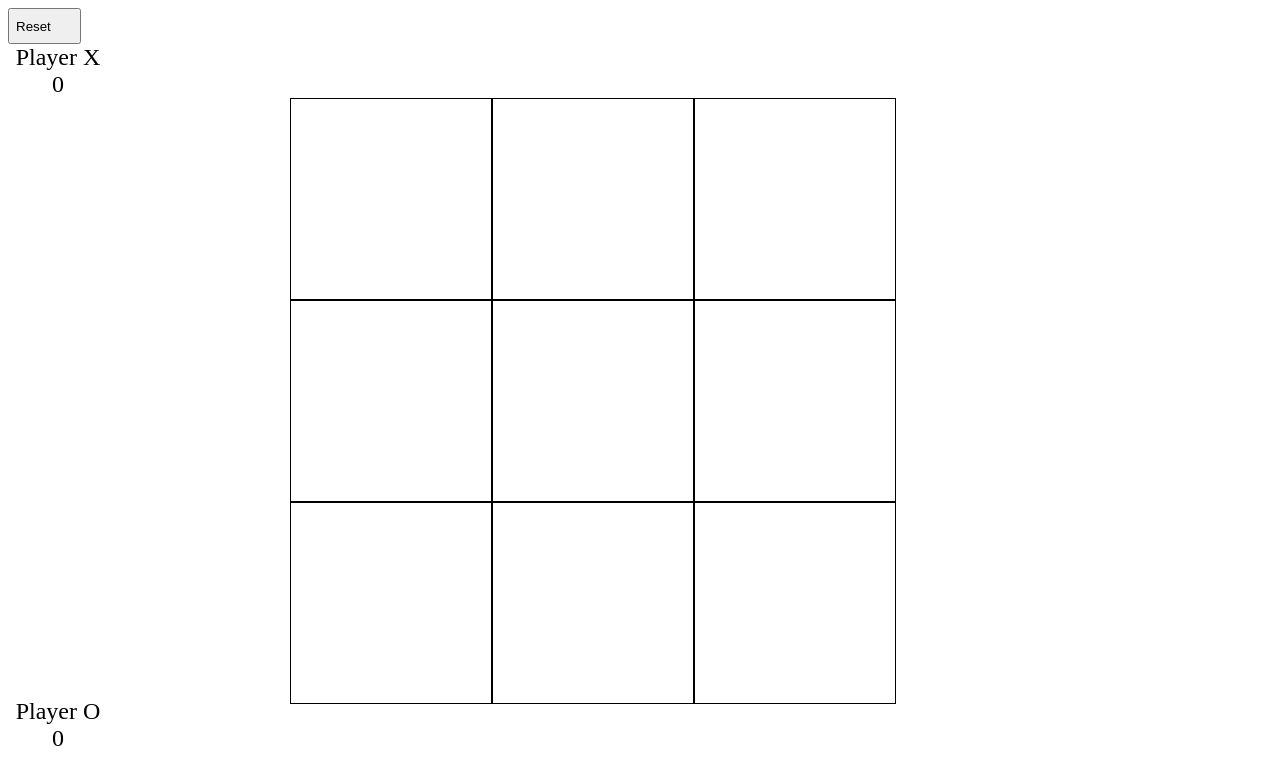
Repository: woodsdeshe/Tic-Tac-Toe
Page: index.html
The author's editor kept a copy of each file at every save. The page is drawn from the files as they stood at one save, then again after the next save.
The browser window is 1280 px wide. The pictures show the whole page.

Above is the page before, as saved 2023-03-29 14:41:32.

### index.html
<!DOCTYPE html>
<html lang="en">
<head>
    <meta charset="UTF-8">
    <meta http-equiv="X-UA-Compatible" content="IE=edge">
    <meta name="viewport" content="width=device-width, initial-scale=1.0">
    <title>Tic Tac Toe | DeShe Woods</title>
    <link rel="stylesheet" href="styles.css">
</head>
<body>
    <div class="container">
        <div class="reset">
            <button class="reset-btn">Reset</button>
         </div>
        <div class="message"></div>
        <div class="scoreboard">
            <div>Player X</div>
            <div class="score-x">0</div>
          </div>
        <div class="game-board">
        <div class="tile square-1"></div>
        <div class="tile square-2"></div>
        <div class="tile square-3"></div>
        <div class="tile square-4"></div>
        <div class="tile square-5"></div>
        <div class="tile square-6"></div>
        <div class="tile square-7"></div>
        <div class="tile square-8"></div>
        <div class="tile square-9"></div>
    </div>
    <div class="scoreboard">
        <div>Player O</div>
        <div class="score-o">0</div>
      </div>
</div>
    <script src="script.js"></script>
</body>
</html>

### styles.css
.game-board {
    display: flex;
    flex-wrap: wrap;
    width: 700px;
    height: 600px;
    margin: 0 auto;
}

.tile {
    width: 200px;
    height: 200px;
    border: 1px solid black;
    font-size: 72px;
    text-align: center;
    line-height: 100px;
}

.reset-btn {
    display: flex;
    justify-content: space-between;
    align-items: center;
    height: 36px;
    width: 73px;
    text-align: center;
}

.scoreboard {
    display: flex;
    flex-direction: column;
    justify-content: center;
    align-items: center;
    width: 100px;
    height: 100%;
    font-size: 24px;
  }

### script.js
// Variables that access the squares, reset button, scoreboards , and messaging for the game that will stay constant
const gameBoard = document.querySelector(".game-board");
const resetBtn = document.querySelector(".reset-btn");
const scoreboardX = document.querySelector('.score-x')
const scoreboardO = document.querySelector('.score-o')
const message = document.querySelector('.message')

// Variables that access the current player, game over, X and O scores that will change based on conditions of the game
let currentPlayer = 'X'
let gameOver = false
let xScore = 0
let oScore = 0

// Winning combos array that will be used to tell the computer what positions the players need to have in order to win
const winningCombos = [    ['square-1', 'square-2', 'square-3'],
['square-4', 'square-5', 'square-6'],
['square-7', 'square-8', 'square-9'],
['square-1', 'square-4', 'square-7'],
['square-2', 'square-5', 'square-8'],
['square-3', 'square-6', 'square-9'],
['square-1', 'square-5', 'square-9'],
['square-3', 'square-5', 'square-7'],
];

// This event listener will check to see if the tiles are empty and will fill them with the symbol of the current player

gameBoard.addEventListener("click", event => {
    event.preventDefault();

    // This variable will hold the square that gets clicked using the .target property
    const square = event.target

    // Checks to see if the square contains a class of tile and the square is empty. If it's empty then the square will contain a symbol and alternate the symbol according to the current player
    if(square.classList.contains('tile') && square.textContent === '') {
        square.textContent = currentPlayer;
        currentPlayer = currentPlayer === 'X' ? 'O' : 'X';
    }
});

After the next save:
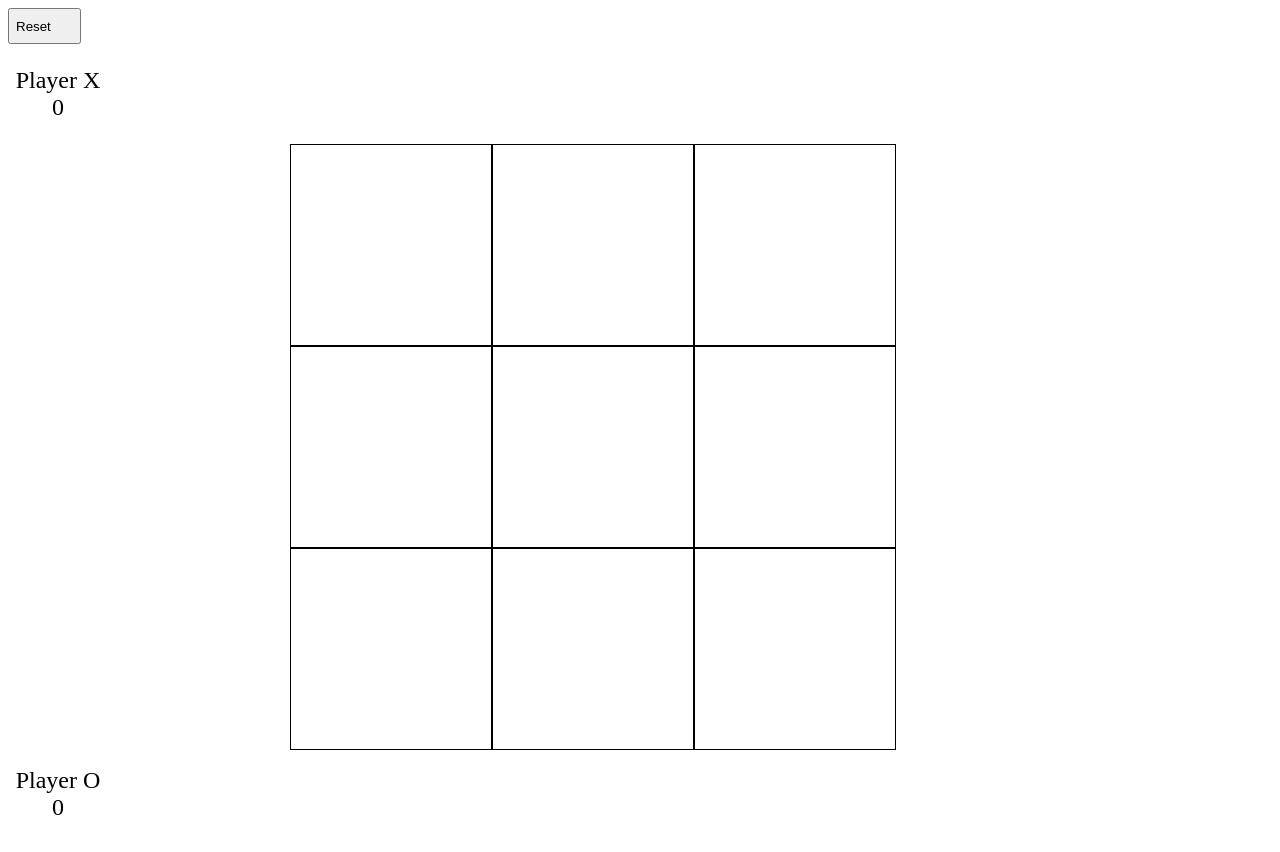
Saved 13 min 56 s later.
--- a/styles.css
+++ b/styles.css
@@ -30,6 +30,6 @@
     justify-content: center;
     align-items: center;
     width: 100px;
-    height: 100%;
+    height: 100px;
     font-size: 24px;
   }
